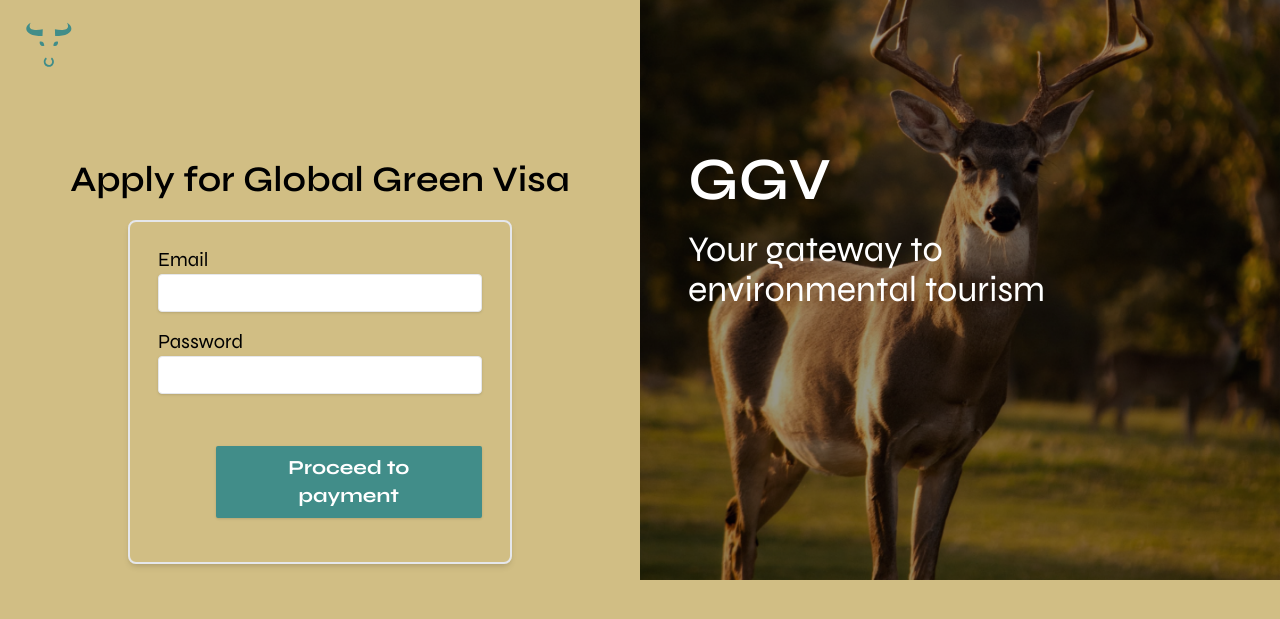
Repository: EngrAhmadUmar/landing-page
Page: /register
These files come from the project's save history. The page is drawn as it stood at one moment and after the next save; the edit follows.
The browser window is 1280 px wide. The pictures show the whole page.
The project was rebuilt for these pictures with package versions that can differ from the ones it lists, and the page was loaded fresh each time. The framework's server and built-in components were replaced by stand-ins that run in the browser. Also part of the build but not shown: next.config.js, styles/Home.module.css, src/Components/ApplyPageComponents/ApplyForm.jsx, src/Components/ApplyPageComponents/LoginForm.jsx.

Above is the page before, as saved 2022-07-06 11:18:49.

### pages/_app.js
import "../styles/globals.css";
import { ApolloClient, InMemoryCache, ApolloProvider } from "@apollo/client";

//apollo clients
const client = new ApolloClient({
  uri: "http://localhost:1337/graphql",
  cache: new InMemoryCache()
});

function MyApp({ Component, pageProps }) {
  return (
    <ApolloProvider client={client}>
      <Component {...pageProps} />
    </ApolloProvider>
  );
}

export default MyApp;

### pages/register.js
import React from "react";
import { RegisterForm } from "../src/Components/ApplyPageComponents/Index";

export default function Login() {
  return (
    <React.Fragment>
      <div className="bg-[#d1be84] h-[100vh]">
        <RegisterForm />
      </div>
    </React.Fragment>
  );
}

### pages/api/checkout_sessions.js
const stripe = require("stripe")(process.env.STRIPE_SECRET_KEY);

export default async function handler(req, res) {
  if (req.method === "POST") {
    try {
      const sgMail = require("@sendgrid/mail");
      sgMail.setApiKey(process.env.SENDGRID_API_KEY);
      const message = {
        to: "zcaptain65@gmail.com",
        from: "zcaptain2002@gmail.com",
        // subject: "Scenario 44",
        // text: "Lift and coast where possible",
        templateId: "d-f408be01db99489cbd757d4607cf23f2",
        dynamicTemplateData: {
          subject: "GGV Test Email",
        },
        // html: "<h1>Success</h1> <p>We received your purchase request;<br/> we'll be in touch shortly!</p>",
      };

      sgMail
        .send(message)
        .then((response) => console.log("Email Sent"))
        .catch((error) => console.log(error.message));
      // Create Checkout Sessions from body params.
      const session = await stripe.checkout.sessions.create({
        line_items: [
          {
            // Provide the exact Price ID (for example, pr_1234) of the product you want to sell
            price: "price_1LG6qaFQPGmzrn5tDKjmnos3",
            quantity: 1,
          },
        ],
        mode: "payment",

        success_url: `${req.headers.origin}/payments/?success=true`,
        cancel_url: `${req.headers.origin}/payments/?canceled=true`,
      });
      res.redirect(303, session.url);
    } catch (err) {
      res.status(err.statusCode || 500).json(err.message);
    }
  } else {
    res.setHeader("Allow", "POST");
    res.status(405).end("Method Not Allowed");
  }
}

### styles/globals.css
@import url("https://fonts.googleapis.com/css2?family=Poppins:wght@400;500;600&family=Syne:wght@400;500;600;700&display=swap");

@tailwind base;
@tailwind components;
@tailwind utilities;

### src/Components/ApplyPageComponents/Index.jsx
export { default as ApplyForm } from "./ApplyForm";
export { default as LoginForm } from "./LoginForm";
export { default as RegisterForm } from "./RegisterForm";

### src/Components/ApplyPageComponents/RegisterForm.jsx
import { gql, useMutation } from "@apollo/client";
import Head from "next/head";
import Image from "next/image";
import { useState, useRef } from "react";
import styles from "../../../styles/Home.module.css";

const reg = gql`
  mutation joinUs($username: String!, $email: String!, $password: String!) {
    register(input: { email: $email, password: $password }) {
      jwt
      user {
        id
        email
      }
    }
  }
`;

const JoinUs = () => {
  const emailInputRef = useRef();
  const passwordInputRef = useRef();

  const [email, setEmail] = useState("");
  const onChangeEmail = (e) => {
    setEmail(e.target.value);
  };
  const [password, setPassword] = useState("");
  const onChangePassword = (e) => {
    setPassword(e.target.value);
  };

  const [joinUs, { data, loading, error }] = useMutation(reg, {
    variables: {
      email: email,
      password: password
    }
  });

  const onSubmit = (e) => {
    e.preventDefault();
    if (email === "" || password === "") {
      return alert("please fill in all fields");
    }
    joinUs(password, email);

    setEmail("");
    setPassword("");
    setUsername("");
  };

  return (
    <div className=" font-syne " id="joinUs">
      <Head>
        <title>Welcome to GGV</title>
        <meta name="description" content="Join Our Family" />
      </Head>
      <div className="font-syne bg-[#d1be84] bg-cover grid grid-col-1 md:grid-cols-2 2xl:h-[100vh]">
        <div className="">
          <div className="w-[50px] h-40 pt-5 ml-6">
            <Image
              src="/logo.svg"
              layout="responsive"
              width={5}
              height={5}
              opacity={100}
            />
          </div>
          <h3
            className={`${
              styles.headings
            }  ${"text-center text-3xl md:text-4xl mb-5 font-semibold"}`}
          >
            Apply for Global Green Visa
          </h3>
          <form
            onSubmit={onSubmit}
            className="shadow-md rounded-lg px-7 pt-6 pb-8 m-4 lg:mx-12 xl:mx-auto border-gray border-2 font-Syne md:max-w-sm"
          >
            <div className="mb-4">
              <label className="text-lg md:text-xl">Email</label>
              <input
                type="email"
                ref={emailInputRef}
                value={email}
                onChange={onChangeEmail}
                placeholder=""
                className="shadow appearance-none border rounded w-full py-2 px-3 text-gray-700 leading-tight focus:outline-none focus:shadow-outline"
              />
            </div>
            <div className="mb-4">
              <label className="text-lg md:text-xl">Password</label>
              <input
                type="password"
                ref={passwordInputRef}
                value={password}
                onChange={onChangePassword}
                placeholder=""
                className="shadow appearance-none border rounded w-full py-2 px-3 text-gray-700 leading-tight focus:outline-none focus:shadow-outline"
              />
            </div>
            <div className="mt-5 ml-[8vh]">
              <button
                className="shadow focus:shadow-outline focus:outline-none text-white font-bold py-2 px-6 md:text-xl bg-[#418d89] rounded-sm mt-8 mb-3 py-1"
                onClick={onSubmit}
              >
                Proceed to payment
              </button>
            </div>
          </form>
        </div>

        <div className="md:flex hidden text-white bg-[url('/apply_for_visa_bg.png')]  bg-cover bg-no-repeat sm:bg-center md:bg-bottom lg:bg-bottom xl:bg-bottom 2xl:center">
          <div className="mt-[50px] md:mt-[150px] mx-4 md:mx-12">
            <h3 className="  text-4xl md:text-5xl lg:text-6xl font-semibold">
              GGV
            </h3>
            <p className="max-w-md md:max-w-xl text-2xl md:text-4xl mt-5">
              Your gateway to <br></br>environmental tourism
            </p>
          </div>
          <div></div>
        </div>
      </div>
      <>
        {data && (
          <div>
            <h1>Token: {data.register?.jwt}</h1>
            <span>UserID: {data.register.user?.id} </span>
            <span>UserEmail: {data.register.user?.email} </span>
          </div>
        )}
      </>
    </div>
  );
};

export default JoinUs;

### tailwind.config.js
/** @type {import('tailwindcss').Config} */
module.exports = {
  content: [
    "./pages/**/*.{js,ts,jsx,tsx}",
    "./components/**/*.{js,ts,jsx,tsx}",
    "./src/Components/**/*.{js,ts,jsx,tsx}"
  ],
  theme: {
    extend: {
      colors: {
        black: "#000107",
        green: "#418D89"
      },
      fontFamily: {
        syne: ["Syne"]
      }
    }
  },
  plugins: []
};

Loaded but not shown: pages/api/email.js (no copy from this time; the picture is the same without it)

After the next save:
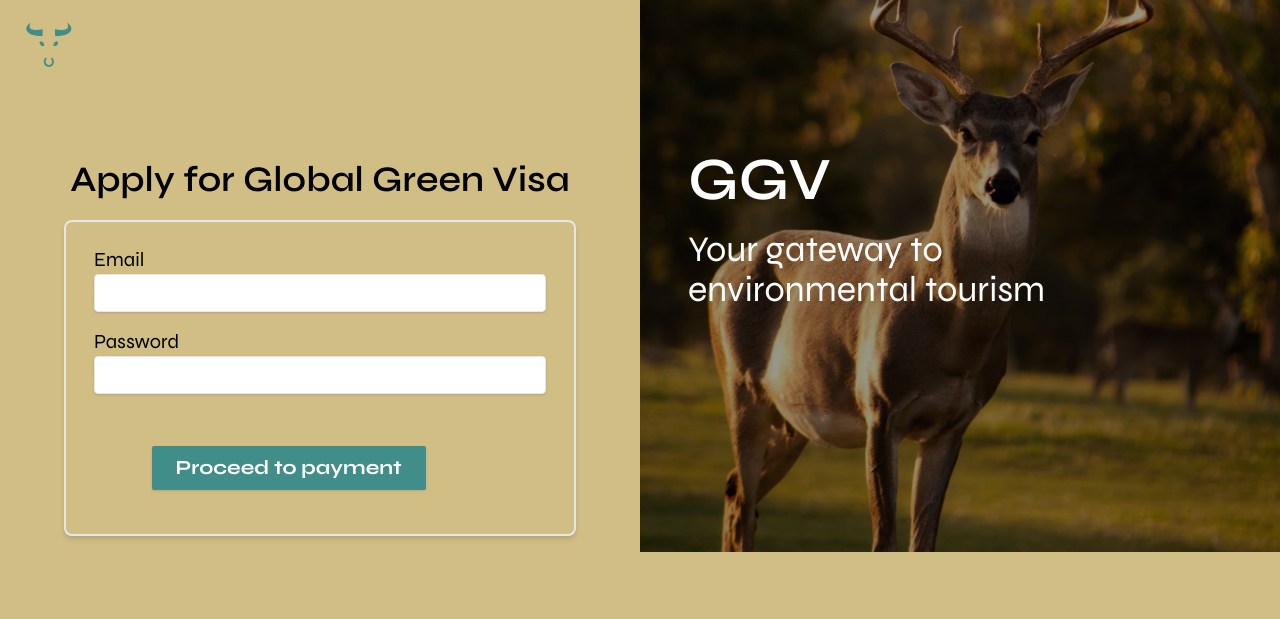
Saved 4 s later.
--- a/src/Components/ApplyPageComponents/RegisterForm.jsx
+++ b/src/Components/ApplyPageComponents/RegisterForm.jsx
@@ -74,7 +74,7 @@ const JoinUs = () => {
           </h3>
           <form
             onSubmit={onSubmit}
-            className="shadow-md rounded-lg px-7 pt-6 pb-8 m-4 lg:mx-12 xl:mx-auto border-gray border-2 font-Syne md:max-w-sm"
+            className="shadow-md rounded-lg px-7 pt-6 pb-8 m-4 lg:mx-12 xl:mx-auto border-gray border-2 font-Syne md:max-w-lg"
           >
             <div className="mb-4">
               <label className="text-lg md:text-xl">Email</label>
